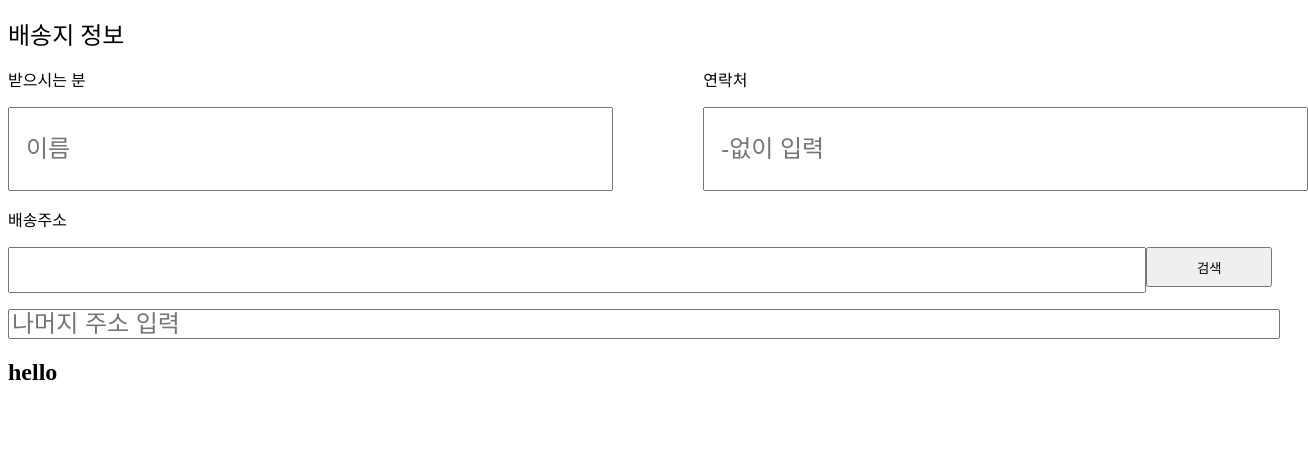
Repository: seungsu12/carrot
Page: http://localhost/carrot/order_form_second.jsp
The author's editor kept a copy of each file at every save. The page is drawn from the files as they stood at one save, then again after the next save.
The browser window is 1280 px wide. The page is 1308 px wide, so the pictures cover 1308 px, including what lies to the right of the window. The pictures show the whole page.
The page is served by Tomcat 9. Other server files are loaded and not shown.

Above is the page before, as saved 2021-10-02 04:47:36.

### carrot/WebContent/order_form_second.jsp
<%@ page language="java" contentType="text/html; charset=UTF-8"
    pageEncoding="UTF-8"%>
<!DOCTYPE html>
<html>
<style>
	.deliver_title{
		margin: 1rem 0 1rem 0;
    	font-size: 1.5rem;
	}
	.deliver_content_first{
		display :flex;
		justify-content : space-between;
	}
	.deliver_content_first input{
		width: 100%;
		height: 3rem;
		font-size : 1.5rem;
		padding : 1rem;
		margin-top :1rem;
		margin-bottom : 1rem;
	}
	.deliver_content_addr{
		display:flex;
		margin-top : 1rem;
		margin-bottom :1rem;
	}
	.deliver_content_addr input{
		height: 2.5rem;
    	width: 90%;
	}
	.deliver_content_addr button{
		height: 2.5rem;
		width : 10%;
	}
	.deliver_content_firstblock{
		width :45%;
	}
	.deliver_content_firstblock div{
		width :100%;
	}

	.deliver_extra_addr_wrapper{
		width :100%;
	}
	.deliver_extra_addr_wrapper input{
		width: 100%;
		height :1.5rem;
		font-size : 1.5rem;
	}
</style>



	<div class="order_form_second_wrapper">
		<div class="deliver_title">
			배송지 정보
		</div>
		<div class="deliver_content_first">
			<div class="deliver_content_firstblock">
				<span>받으시는 분</span>
				<div >
					<input type="text" placeholder="이름">
				</div>
			</div>
			<div class="deliver_content_firstblock">
				<span>연락처</span>
				<div>
					<input type="text" placeholder="-없이 입력">
				</div>
			</div>

		</div>
		<div class="deliver_content_second">
			<span>배송주소</span>
			<div class="deliver_content_addr">
				<input type="text" id="order_address">
				<button onclick="sample4_execDaumPostcode()">검색</button>
			</div>
		</div>
		<div class="deliver_extra_addr_wrapper">
			<input type="text" id="detail_delivery" placeholder="나머지 주소 입력">
		</div>

	</div>
	<h2 class="hello">hello</h2>


	<script>
	function sample4_execDaumPostcode() {
        new daum.Postcode({
            oncomplete: function(data) {

                var roadAddr = data.roadAddress; // 도로명 주소 변수

                // 법정동명이 있을 경우 추가한다. (법정리는 제외)
                // 법정동의 경우 마지막 문자가 "동/로/가"로 끝난다.
                if(data.bname !== '' && /[동|로|가]$/g.test(data.bname)){
                    extraRoadAddr += data.bname;
                }
                // 건물명이 있고, 공동주택일 경우 추가한다.
                if(data.buildingName !== '' && data.apartment === 'Y'){
                   extraRoadAddr += (extraRoadAddr !== '' ? ', ' + data.buildingName : data.buildingName);
                }
                // 표시할 참고항목이 있을 경우, 괄호까지 추가한 최종 문자열을 만든다.
                if(extraRoadAddr !== ''){
                    extraRoadAddr = ' (' + extraRoadAddr + ')';
                }

                // 우편번호와 주소 정보를 해당 필드에 넣는다.

                document.getElementById("order_address").value = roadAddr;

            }
        }).open();
    }
	</script>
</html>

After the next save:
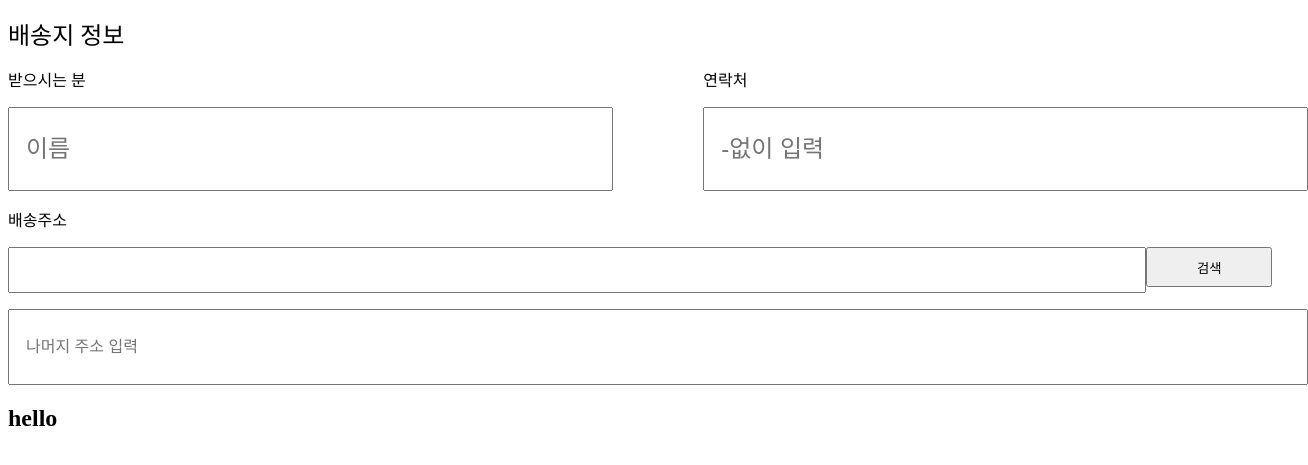
Saved 23 h 3 min later.
--- a/carrot/WebContent/order_form_second.jsp
+++ b/carrot/WebContent/order_form_second.jsp
@@ -44,8 +44,9 @@
 	}
 	.deliver_extra_addr_wrapper input{
 		width: 100%;
-		height :1.5rem;
-		font-size : 1.5rem;
+		height: 2.5rem;
+    	font-size: 1rem;
+    	padding: 1rem;
 	}
 </style>
 
